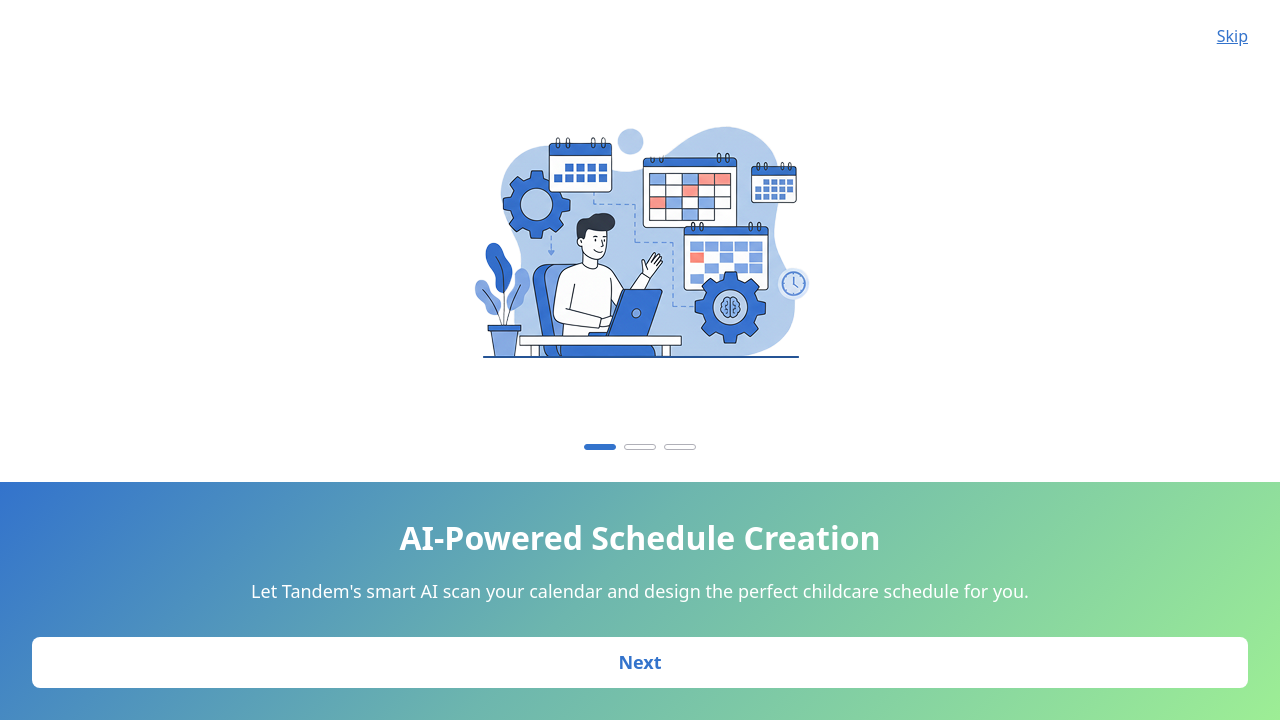
Repository: IDSP-TRADECARE/Tandem
Page: /boarding/features
These files come from the project's save history. The page is drawn as it stood at one moment and after the next save; the edit follows.
The browser window is 1280 px wide. The pictures show the whole page.
The page's requests for data from a server got no answer. Some web fonts or font styles are not loaded; a fallback is used. The project was rebuilt for these pictures with package versions that can differ from the ones it lists, and the page was loaded fresh each time. Some packages were replaced by stand-ins written for this rebuild. The framework's server and built-in components were replaced by stand-ins that run in the browser. No one was signed in, and anything a server would have sent is missing. Also part of the build but not shown: next.config.ts, src/app/components/auth/AuthGuard.tsx.

Above is the page before, as saved 2025-11-23 00:06:41.

After the next save:
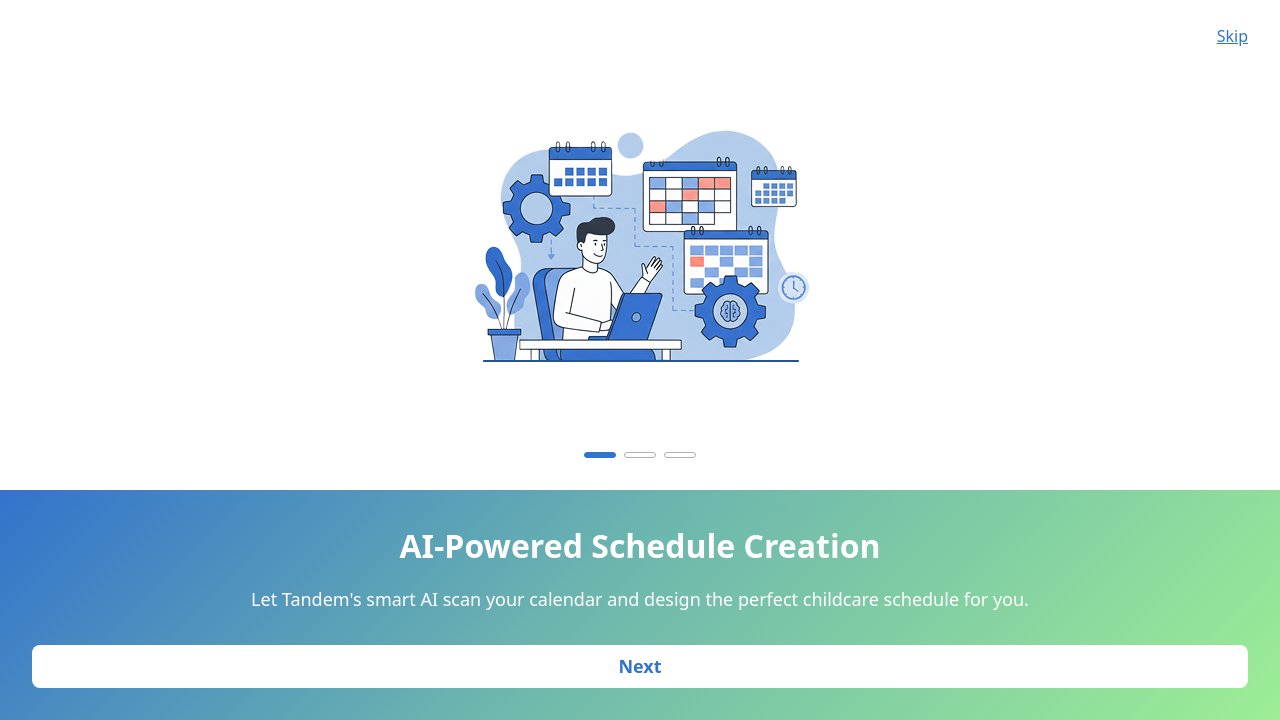
Saved 6 s later.
--- a/src/app/boarding/features/features.module.css
+++ b/src/app/boarding/features/features.module.css
@@ -123,7 +123,7 @@
 
 .nextButton {
     flex: 1;
-    padding: 0.75rem;
+    padding: 0.5rem;
     background: #fff;
     color: var(--color-primary);
     border: none;
